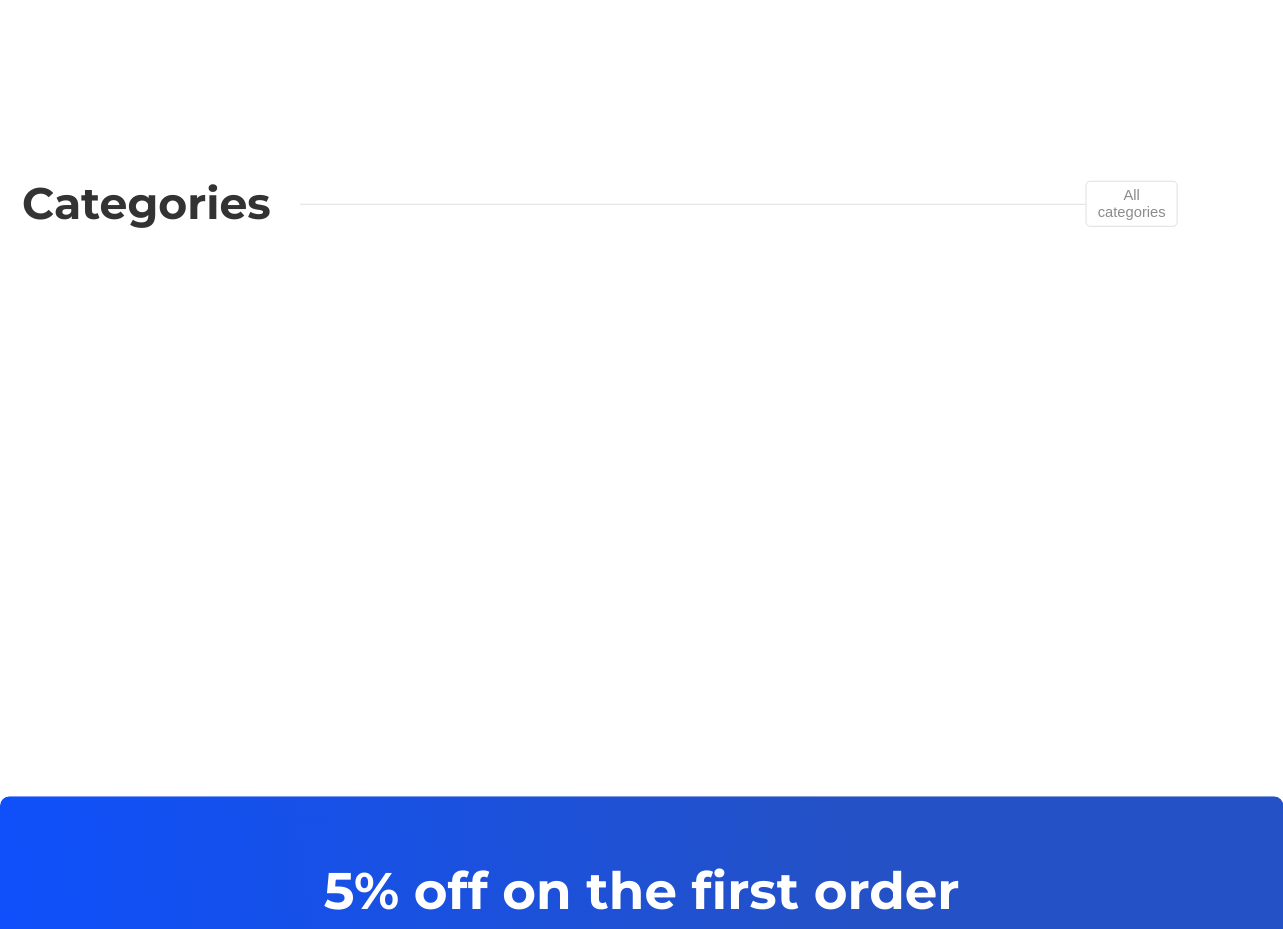
Repository: jursylian/PET-INTERNET-SHOP-PROJECT
Page: /
An editor plug-in stored every save of this project. The page is shown before and after the next save, followed by the edit.
The browser window is 1280 px wide. The page is 1395 px wide, so the pictures cover 1395 px, including what lies to the right of the window. The pictures show the part of the page from y = 768 to 1778 px (the page is 4026 px tall before and 4006 px after), at 92% of full size.
Pictures or frames that could not be fetched are drawn as grey boxes. The page's requests for data from a server got no answer. The project was rebuilt for these pictures with package versions that can differ from the ones it lists, and the page was loaded fresh each time. No one was signed in, and anything a server would have sent is missing. Also part of the build but not shown: vite.config.js, src/pages/CategoriesAll/CategoriesAll.module.css, src/layouts/PageSection/PageSection.module.css, src/layouts/PageSection/PageSection.jsx, src/pages/CategoriesAll/CategoriesAll.jsx, src/pages/AllProducts/AllProducts.module.css, src/redux/productsSelectors.js, src/components/ProductFilter/ProductFilter.module.css and 22 more.

Above is the page before, as saved 2025-11-06 12:47:13.

### index.html
<!DOCTYPE html>
<html lang="en">
  <head>
    <meta charset="UTF-8" />
    <link rel="icon" type="image/svg+xml" href="/vite.svg" />
    <link
      href="https://fonts.googleapis.com/css2?family=Montserrat:wght@400;500;700&display=swap"
      rel="stylesheet"
    />

    <meta name="viewport" content="width=device-width, initial-scale=1.0" />
    <title>pet-internet-shop-project</title>
  </head>
  <body>
    <div id="root"></div>
    <script type="module" src="/src/main.jsx"></script>
  </body>
</html>

### src/main.jsx
import React from "react";
import ReactDOM from "react-dom/client";
import App from "./App";
import { Provider } from "react-redux";
import store from "./redux/store";
import { BrowserRouter } from "react-router-dom";
import "./index.css";

ReactDOM.createRoot(document.getElementById("root")).render(
  <BrowserRouter>
    <Provider store={store}>
      <App />
    </Provider>
  </BrowserRouter>
);

### src/App.jsx
import "./App.css";
import AppRouter from "./router/AppRouter";

function App() {
  return (
    <>
      <AppRouter />
    </>
  );
}

export default App;

### src/index.css
* {
  margin: 0;
  padding: 0;
  box-sizing: border-box;
}

body {
  font-family: "Montserrat";
  font-size: 16px;
  line-height: 1.5;
  color: #333;
}

.text-decoration-none {
  text-decoration: none;
}

### src/router/AppRouter.jsx
import { Routes, Route } from "react-router-dom";
import MainLayout from "../layouts/MainLayout/MainLayout";

import Home from "../pages/Home/Home";
import CategoriesAll from "../pages/CategoriesAll/CategoriesAll";
import AllProducts from "../pages/AllProducts/AllProducts";
import ProductDescription from "../pages/ProductDescription/ProductDescription";
import Cart from "../pages/Cart/Cart";
import NotFound from "../pages/NotFound/NotFound";
import AllSales from "../pages/AllSales/AllSales";
import CategoryPage from "../pages/CategoryPage/CategoryPage";

function AppRouter() {
  return (
    <Routes>
      <Route element={<MainLayout />}>
        <Route path="/" element={<Home />} />
        <Route path="/categories" element={<CategoriesAll />} />
        <Route path="/categories/:categoryId" element={<CategoryPage />} />
        <Route path="/discounts" element={<AllSales />} />
        <Route path="/products" element={<AllProducts />} />
        <Route path="/product/:productId" element={<ProductDescription />} />
        <Route path="/cart" element={<Cart />} />
        <Route path="*" element={<NotFound />} />
      </Route>
    </Routes>
  );
}

export default AppRouter;

### src/layouts/MainLayout/MainLayout.jsx
import { Outlet } from "react-router-dom";
import Header from "../Header/Header";
import Footer from "../Footer/Footer";

export default function MainLayout() {
  return (
    <>
      <Header />
      <main className="container mx-auto p-4 min-h-[80vh]">
        <Outlet />
      </main>
      <Footer />
    </>
  );
}

### src/pages/Home/Home.jsx
import Categories from "../Categories/Categories";
import PromoBanner from "../../components/PromoBanner/PromoBanner";
import DiscountForm from "../../components/DiscountForm/DiscountForm";
import Sales from "../../components/Sales/Sales";
import styles from "./Home.module.css";

function Home() {
  return (
    <main className={styles.wrapper}>
      <PromoBanner />
      <Categories />
      <DiscountForm />
      <Sales />
    </main>
  );
}

export default Home;

### src/layouts/Header/Header.jsx
import { Link, NavLink, useLocation } from "react-router-dom";
import { useSelector } from "react-redux";
import styles from "./Header.module.css";
import logo from "../../assets/logo.svg";
import cartIcon from "../../assets/cart-icon.svg";

function Header() {
  const items = useSelector((state) => state.cart.items);
  const totalQuantity = items.reduce((sum, item) => sum + item.quantity, 0);
  const location = useLocation();

  const isHome = location.pathname === "/";

  return (
    <header className={`${styles.header} ${!isHome ? styles.withDivider : ""}`}>
      <div className={styles.left}>
        <Link to="/" className={styles.logo}>
          <img src={logo} alt="Логотип" />
        </Link>
      </div>

      <nav className={styles.nav}>
        {isHome ? (
          <span className={styles.inactive}>Main Page</span>
        ) : (
          <NavLink to="/" end>
            Main Page
          </NavLink>
        )}
        <NavLink to="/categories">Categories</NavLink>
        <NavLink to="/products">All Products</NavLink>
        <NavLink to="/discounts">All Sales</NavLink>
      </nav>

      <div className={styles.right}>
        <Link to="/cart" className={styles.cart}>
          <img src={cartIcon} alt="Корзина" />
          {totalQuantity > 0 && (
            <span className={styles.count}>{totalQuantity}</span>
          )}
        </Link>
      </div>
    </header>
  );
}

export default Header;

### src/layouts/Footer/Footer.jsx
import styles from "./Footer.module.css";
import chatIcon from "../../assets/ic-instagram.svg";
import phoneIcon from "../../assets/ic-whatsapp.svg";

export default function Footer() {
  return (
    <footer className={styles.footer}>
      <h3 className={styles.contact}>Contact</h3>
      <div className={styles.info}>
        <div className={styles.container}>
          <div className={styles.card}>
            <p className={styles.text}>Phone</p>
            <p className={styles.textInfo}>+49 30 915-88492</p>
          </div>
          <div className={styles.icons}>
            <p className={styles.text}>Socials</p>
            <div className={styles.socialsMedien}>
              <img src={chatIcon} alt="Chat" />
              <img src={phoneIcon} alt="Phone" />
            </div>
          </div>
        </div>

        <div className={styles.container}>
          <div className={styles.card}>
            <p className={styles.text}>Address</p>
            <p className={styles.textInfo}>
              Wallstraẞe 9-13, 10179 Berlin, Deutschland
            </p>
          </div>
          <div className={styles.icons}>
            <p className={styles.text}>Working Hours</p>
            <p className={styles.textInfo}>24 hours a day</p>
          </div>
        </div>
      </div>
      <div className={styles.map}>
        <iframe
          className={styles.iframe}
          src="https://www.google.com/maps/embed?pb=!1m18!1m12!1m3!1d3642.428115488763!2d13.40018838277564!3d52.5113162995337!2m3!1f0!2f0!3f0!3m2!1i1024!2i768!4f13.1!3m3!1m2!1s0x47a84e27db4748a5%3A0x1d538c01013c2c7!2sWallstra%C3%9Fe%209-13%2C%2010179%20Berlin!5e0!3m2!1suk!2sde!4v1760550313224!5m2!1suk!2sde"
          width="600"
          height="450"
          style={{ border: 0 }}
          allowFullScreen=""
          loading="lazy"
          referrerPolicy="no-referrer-when-downgrade"
        ></iframe>
      </div>
    </footer>
  );
}

### src/pages/Categories/Categories.jsx
import { useNavigate } from "react-router-dom";
import { useEffect, useState } from "react";
import axios from "axios";
import styles from "./Categories.module.css";
const Categories = () => {
  const navigate = useNavigate();
  const [categories, setCategories] = useState([]);
  useEffect(() => {
    axios
      .get(`http://localhost:3333/categories/all`)
      .then((res) => {
        const data = res.data;
        const firstFour = data.length >= 4 ? data.slice(0, 4) : data;
        setCategories(firstFour);
      })
      .catch((err) => {
        console.error("Ошибка загрузки категорий:", err);
      });
  }, []);
  return (
    <div>
      <section className={styles.categories}>
        <div className={styles.titleCategories}>
          <h2 className={styles.sectionTitle}>Categories</h2>
          <div className={styles.line}></div>
          <button
            onClick={() => navigate("/categories")}
            className={styles.categoriBottom}
          >
            All categories{" "}
          </button>
        </div>

        <div className={styles.categoriesImage}>
          {categories.map(({ id, title, image }) => (
            <div
              key={id}
              className={styles.card}
              onClick={() => navigate(`/categories/${id}`)}
            >
              <img
                src={`http://localhost:3333${image}`}
                alt={title}
                className={styles.cardImage}
              />
              <p className={styles.cardLabel}>{title}</p>
            </div>
          ))}
        </div>
      </section>
    </div>
  );
};

export default Categories;

### src/components/PromoBanner/PromoBanner.jsx
import { Link } from "react-router-dom";
import styles from "./PromoBanner.module.css";
import bannerImage from "../../assets/background.png";

function PromoBanner() {
  return (
    <section className={styles.hero}>
      <img src={bannerImage} alt="Баннер" className={styles.image} />

      <div className={styles.content}>
        <h1>
          Amazing Discounts <br />
          on Pets Products!
        </h1>

        <Link to="/discounts" className={styles.button}>
          Check out
        </Link>
      </div>
    </section>
  );
}

export default PromoBanner;

### src/pages/Home/Home.module.css
/* Home.module.css */
.wrapper {
  display: flex;
  flex-direction: column;
  gap: 80px;
  padding: 40px 0;
}

.section {
  display: flex;
  flex-direction: column;
  gap: 24px;
}

.title {
  font-size: 28px;
  font-weight: 600;
}

.grid {
  display: grid;
  grid-template-columns: repeat(auto-fill, minmax(220px, 1fr));
  gap: 24px;
}

.message {
  font-size: 16px;
  color: #555;
}

### src/layouts/Header/Header.module.css
.header {
  display: flex;
  align-items: center;
  justify-content: space-between;
  padding: 40px 80px; /* вместо 25px */
  height: 128px; /* фиксируем высоту */
  width: 100%;
  position: relative;
  background-color: #fff;
  z-index: 10;
}

.withDivider {
  border-bottom: 1px solid #e5e5e5;
}

.left,
.right {
  flex: 1;
  display: flex;
  align-items: center;
}

.left {
  justify-content: flex-start;
}

.right {
  justify-content: flex-end;
}

.logo img {
  height: 70px;
  display: block;
  transition: transform 0.3s ease;
}

.logo img:hover {
  transform: scale(1.07);
}

.nav {
  flex: 2;
  display: flex;
  justify-content: center;
  align-items: center;
  gap: 44px;
}

.nav a {
  text-decoration: none;
  color: #282828;
  font-weight: 500;
  font-size: 20px;
  transition: color 0.2s ease;
}

.nav a:hover {
  color: #007bff;
}

.active {
  color: #007bff;
  font-weight: 600;
}

.inactive {
  color: #8b8b8b;
  font-weight: 500;
  font-size: 20px;
  cursor: default;
  text-decoration: none;
}

.cart {
  position: relative;
  display: flex;
  align-items: center;
}

.cart img {
  height: 44px;
}

.count {
  position: absolute;
  top: 4px;
  left: 26px;
  background-color: #007bff;
  color: white;
  border-radius: 50%;
  font-size: 12px;
  font-weight: bold;
  width: 22px;
  height: 22px;
  display: flex;
  align-items: center;
  justify-content: center;
}

### src/layouts/Footer/Footer.module.css
.footer {
  width: 100%;
  max-width: 1360px;
  margin: 0 auto;
  padding-bottom: 10px;
}

.contact {
  font-size: 64px;
  margin-bottom: 40px;
}
.card {
  height: auto;
  background-color: #f1f3f4;
  display: flex;
}

.card p,
.icons p {
  margin: 0.5rem 0;
}
.icons {
  width: 100%;
  max-width: 100%;

  height: auto;
  background-color: #f1f3f4;
}
.card,
.icons {
  background-color: #f1f3f4;
  padding: 1rem;
  border-radius: 8px;
  box-shadow: 0 2px 6px rgba(0, 0, 0, 0.05);
  display: flex;
  flex-direction: column;
  justify-content: center;
  gap: 0.5rem;
  transition: transform 0.3s ease, box-shadow 0.3s ease;

  flex: 1;
  min-height: 150px;
  height: 100%;
}
.card:hover,
.icons:hover {
  transform: translateY(-8px) scale(1.02);
  box-shadow: 0 8px 20px rgba(0, 0, 0, 0.1);
}

.container {
  display: grid;
  grid-template-columns: 2fr 1fr;
  gap: 32px;
  margin-bottom: 32px;
}
.icons img {
  width: 32px;
  height: 32px;
  object-fit: contain;
  transition: transform 0.3s ease;
  margin-right: 8px;
}
.text {
  font-family: Montserrat;
  font-weight: 500;
  font-style: Medium;
  font-size: 20px;
  color: #8b8b8b;
}
.textInfo {
  font-family: Montserrat;
  font-weight: 600;
  font-style: SemiBold;
  font-size: 40px;

  letter-spacing: 0%;
}
.socialsMedien {
  display: flex;
  flex-direction: row;
  gap: 16px;
}
.iframe {
  width: 100%;
  max-width: 100%;
  height: 350px;
  border-radius: 8px;
  display: block;
}
@media (max-width: 1024px) {
  .container {
    display: flex;
    flex-direction: column;
    gap: 32px;
  }
  .contact {
    font-size: 44px;
    text-align: center;
  }
  .card,
  .icons {
    width: 100%;
    min-height: 300px;
    height: auto;
  }

  .footer {
    margin-left: 1rem;
    margin-right: 1rem;
  }
  .iframe {
    height: 300px;
  }
}

@media (max-width: 600px) {
  .container {
    display: flex;
    flex-direction: column;
    gap: 32px;
  }
  .contact {
    font-size: 34px;
    margin-bottom: 10px;
    text-align: center;
  }

  .textInfo {
    font-size: 24px;
    text-align: calc();
  }

  .text {
    font-size: 16px;
    text-align: center;
  }
  .socialsMadien {
    justify-content: center;
    flex-wrap: wrap;
  }
  .icons img {
    width: 28px;
    height: 28px;
  }
  .iframe {
    height: 250px;
  }
  .card,
  .icons {
    flex-direction: column;
    align-items: center;
    width: 100%;
  }
}

### src/pages/Categories/Categories.module.css
.categories {
  height: auto;
  min-height: 560px;
  border-radius: 10px;

  width: 100%;
  max-width: 1360px;
  margin: 0 auto;
  padding-bottom: 10px;
  margin-top: 106px;
}
.titleCategories {
  display: flex;
  align-items: center;
  margin-bottom: 40px;
}
.line {
  width: 850px;
  height: 1px;
  background-color: #dddddd;
}

.sectionTitle {
  font-family: Montserrat;
  font-weight: 700;
  font-style: Bold;
  font-size: 64px;
  margin-right: 32px;
}
.categoriBottom {
  border: 1px solid #dddddd;
  border-radius: 5px;
  background-color: white;
  padding: 8px 16px;
  color: #8b8b8b;

  cursor: pointer;
  transition: all 0.3s ease;
}
.categoriBottom:hover {
  background-color: #7e7b7b;
  color: white;
  transform: translateY(-2px);
  box-shadow: 0 4px 8px rgba(0, 0, 0, 0.1);
}
.categoriBottom:active {
  background-color: #0d50ff;
  transform: scale(0.98);
  box-shadow: inset 0 2px 4px rgba(0, 0, 0, 0.2);
}
.categoriesImage {
  display: flex;
  flex-direction: row;
  gap: 32px;
}
.cardImage {
  width: 316px;
  height: 350px;

  opacity: 1;
  border-radius: radius big;
}
.cardLabel {
  font-family: Montserrat;
  font-weight: 500;
  font-style: Medium;
  font-size: 20px;
  color: #282828;
  margin-top: 16px;
  line-height: 130%;

  text-align: center;
}

@media (max-width: 1370px) {
  .sectionTitle {
    font-size: 48px;
    margin-left: 24px;
  }

  .line {
    width: 100%;
  }

  .categoriBottom {
    font-size: 16px;
    padding: 6px 12px;
  }

  .categoriesImage {
    flex-wrap: wrap;
    justify-content: center;
    gap: 24px;
  }
}

@media (max-width: 768px) {
  .titleCategories {
    flex-direction: column;
    align-items: center;
    gap: 16px;
  }

  .sectionTitle {
    font-size: 36px;
    margin-right: 0;
  }

  .line {
    width: 100%;
  }

  .categoriBottom {
    font-size: 14px;
    padding: 6px 10px;
  }

  .categoriesImage {
    flex-direction: column;
    align-items: center;
    gap: 20px;
  }

  .cardImage {
    width: 100%;
    max-width: 320px;
    height: auto;
  }

  .cardLabel {
    font-size: 16px;
  }
}
@media (max-width: 480px) {
  .sectionTitle {
    font-size: 24px;
  }

  .categoriBottom {
    font-size: 12px;
    padding: 4px 8px;
  }

  .cardImage {
    width: 100%;
    max-width: 280px;
  }

  .cardLabel {
    font-size: 14px;
  }
}

### src/components/PromoBanner/PromoBanner.module.css
.hero {
  position: relative;
  width: 100%;
  height: 600px;
  overflow: hidden;
}

.image {
  position: absolute;
  top: 0;
  left: 0;
  width: 100%;
  height: 100%;
  object-fit: cover;
  z-index: 1;
}

.content {
  position: relative;
  z-index: 2;
  color: #fff;
  text-align: left;
  padding-left: 80px;
  transform: translateY(70px);
}

.content h1 {
  font-size: 96px;
  font-weight: 700;
  margin-bottom: 40px;
  line-height: 1.1;
}

.button {
  background: #0d50ff;
  width: 218px;
  height: 58px;
  color: #fff;
  font-weight: 600;
  font-size: 20px;
  border: none;
  border-radius: 8px;
  cursor: pointer;
  transition: background-color 0.2s ease, transform 0.2s ease;
}

.button:hover {
  background-color: #005fa3;
  transform: translateY(-2px);
}

### src/ui/Input/Input.jsx
import styles from "./Input.module.css";

const Input = ({
  type = "text",
  name,
  placeholder,
  value,
  onChange,
  error,
}) => {
  return (
    <div className={styles.field}>
      <input
        type={type}
        name={name}
        placeholder={placeholder}
        value={value}
        onChange={onChange}
        className={`${styles.input} ${error ? styles.errorBorder : ""}`}
      />
      {error && <p className={styles.error}>{error}</p>}
    </div>
  );
};

export default Input;

### src/ui/Button/Button.jsx
import { useState } from "react";
import styles from "./Button.module.css";

const Button = ({ children, onClick, type = "button", disabled = false }) => {
  const [submitted, setSubmitted] = useState(false);

  const handleClick = async (e) => {
    if (onClick) {
      const result = await onClick(e);

      if (result === true) {
        setSubmitted(true);
        setTimeout(() => setSubmitted(false), 3000);
      }
    }
  };

  return (
    <button
      type={type}
      onClick={handleClick}
      className={`${styles.button} ${submitted ? styles.submitted : ""}`}
      disabled={disabled || submitted}
    >
      {submitted ? "Request submitted" : children}
    </button>
  );
};

export default Button;

### src/components/DiscountForm/DiscountForm.module.css
.wrapper {
  min-width: 1395px;
  margin: 40px auto;
  border-radius: 10px;
  overflow: hidden;
}

.discountSection {
  position: relative;
  background: linear-gradient(261.47deg, #2451c6 32.63%, #0d50ff 98.96%);
  border-radius: 10px;
  padding: 60px 80px 0;
  display: flex;
  flex-direction: column;
  justify-content: space-between;
  min-height: 400px;
  overflow: hidden;
}

/* Заголовок */
.title {
  color: #ffffff;
  font-weight: 700;
  font-size: 56px;
  text-align: center;
  margin-bottom: 20px;
}

/* Контент */
.content {
  display: flex;
  justify-content: space-between;
  align-items: flex-end;
  position: relative;
}

/* Левая часть — картинка */
.imageWrap {
  flex: 0 0 50%;
  display: flex;
  align-items: flex-end;
  justify-content: flex-start;
  position: relative;
}

.animals {
  width: 100%;
  height: auto;
  object-fit: contain;
  margin-bottom: -5px; /* прижимает животных к низу */
}

/* Правая часть — форма */
.form {
  flex: 0 0 45%; /* форма шире */
  display: flex;
  flex-direction: column;
  gap: 16px;
  align-items: flex-start;
  justify-content: flex-end;
  padding-bottom: 60px;
}

/* Адаптив */
@media (max-width: 1024px) {
  .discountSection {
    padding: 40px 20px;
  }

  .title {
    font-size: 42px;
  }

  .content {
    flex-direction: column;
    align-items: center;
    gap: 24px;
  }

  .form {
    width: 100%;
    max-width: 360px;
    padding-bottom: 20px;
  }

  .imageWrap {
    justify-content: center;
  }
}

@media (max-width: 600px) {
  .title {
    font-size: 32px;
  }
}

### src/ui/Input/Input.module.css
.field {
  width: 100%;
  display: flex;
  flex-direction: column;
}

.input {
  padding: 16px 32px;
  width: 100%;
  height: 58px;
  border-radius: 5px;
  border: 1px solid #ffffff;
  background-color: #2451c6;
  color: #ffffff;
  font-size: 18px;
  font-family: Montserrat;
}

.input::placeholder {
  color: white;
  opacity: 0.9;
  font-size: 16px;
}

.error {
  font-size: 14px;
  color: #ffcccc;
  margin-top: 4px;
}

.errorBorder {
  border-color: #ff5555;
}

### src/ui/Button/Button.module.css
.button {
  padding: 16px 32px;
  width: 100%;
  height: 58px;
  font-family: Montserrat, sans-serif;
  font-weight: 600;
  font-size: 20px;
  border: none;
  border-radius: 5px;
  cursor: pointer;
  background-color: #fff;
  color: #282828;
  transition: all 0.3s ease;
}

/* при наведении */
.button:hover {
  background-color: #282828;
  color: #fff;
}

/* активное состояние (после отправки) */
.button.submitted {
  background-color: #fff;
  color: #0d50ff;
  border: 2px solid #0d50ff;
  cursor: default;
  transition: all 0.3s ease;
}

/* убираем hover для состояния submitted */
.button.submitted:hover {
  background-color: #fff;
  color: #0d50ff;
}

Loaded but not shown: src/redux/productSlice.js (51 lines, source omitted); src/redux/cartSlice.js (38 lines, source omitted); src/redux/store.js (12 lines, source omitted); src/components/DiscountForm/DiscountForm.jsx (91 lines, source omitted); src/components/Sales/Sales.jsx (89 lines, source omitted); src/components/Sales/Sales.module.css (156 lines, source omitted); src/App.css (no stored copy; drawn as an empty file)

After the next save:
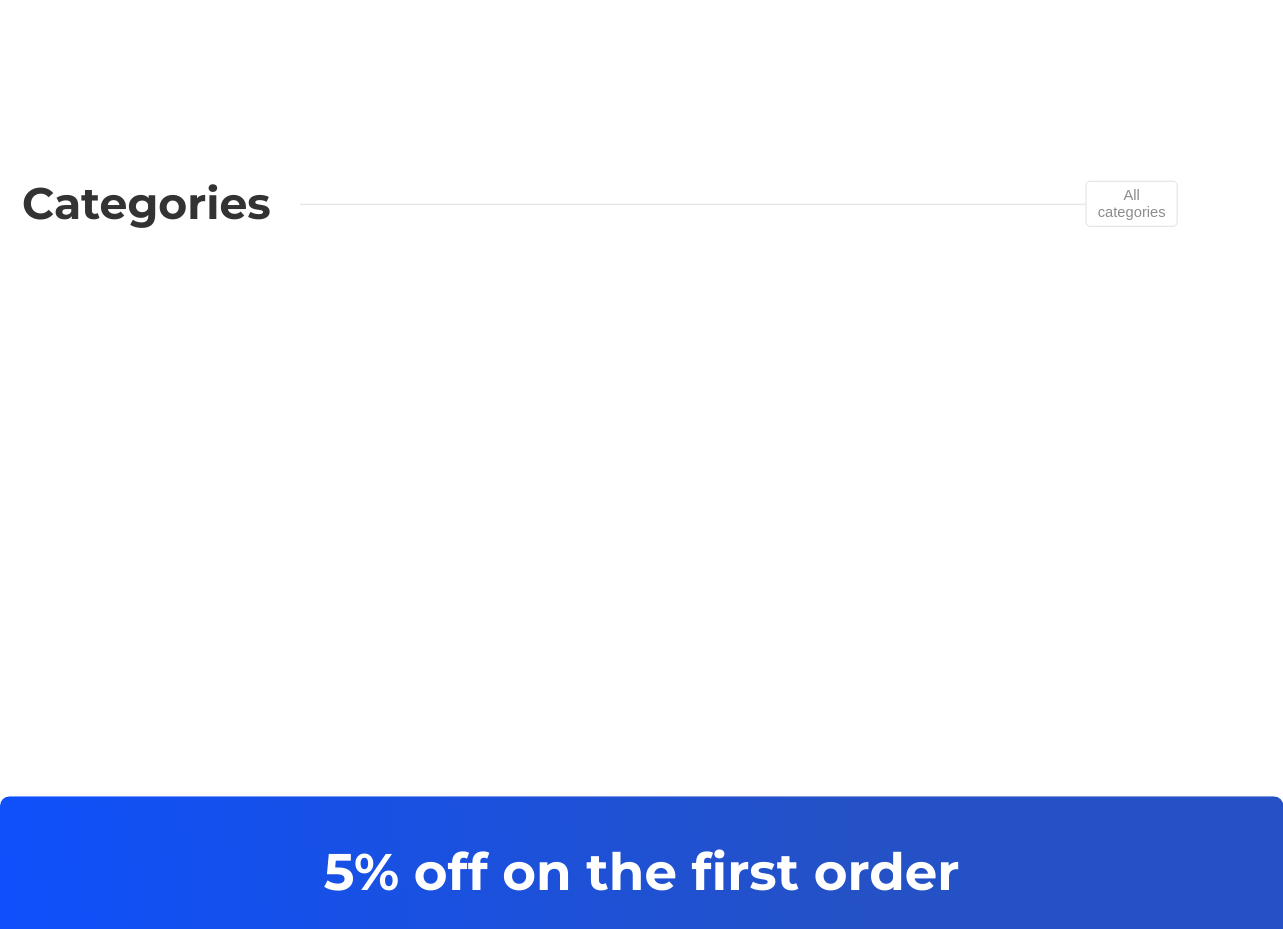
Saved 25 s later.
--- a/src/components/DiscountForm/DiscountForm.module.css
+++ b/src/components/DiscountForm/DiscountForm.module.css
@@ -9,7 +9,7 @@
   position: relative;
   background: linear-gradient(261.47deg, #2451c6 32.63%, #0d50ff 98.96%);
   border-radius: 10px;
-  padding: 60px 80px 0;
+  padding: 40px 80px 0;
   display: flex;
   flex-direction: column;
   justify-content: space-between;
